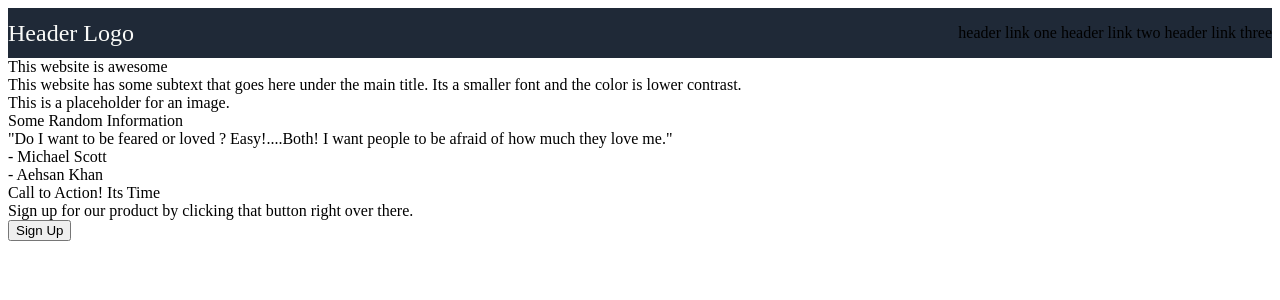
Repository: Aehsan4004/odinlandpage
Page: index.html
An editor plug-in stored every save of this project. The page is shown before and after the next save, followed by the edit.
The browser window is 1280 px wide. The pictures show the whole page.

Above is the page before, as saved 2025-02-10 09:03:24.

### index.html
<!DOCTYPE html>
<html lang="en">
<head>
    <meta charset="UTF-8">
    <meta name="viewport" content="width=device-width, initial-scale=1.0">
    <title>Odin Project Landing Page</title>
    <link rel="stylesheet" href="styles.css">
</head>
<body>
    <div class="one">
        <div class="logo">
            Header Logo
        </div>
        <div class="head-links">
            <ul>
                <a>header link one</a>
                <a>header link two</a>
                <a>header link three</a>
            </ul>
        </div>
    </div>

    <div class="two">
        <div class="left-box">
            <div class="title">
                This website is awesome
            </div>

            <div class="content">
                This website has some subtext that goes here under the main title. Its a smaller font and the color is lower contrast.
            </div>

        </div>
        <div class="right-box">
            This is a placeholder for an image.
        </div>

    </div>

    <div class="three">
        <div class="opt-head">
            Some Random Information
        </div>
        <div class="menu-box">
            <div class="box" id="1"></div>
            <div class="box" id="2"></div>
            <div class="box" id="3"></div>
            <div class="box" id="4"></div>
        </div>

    </div>

    <div class="four">
        <div class="quote">
            "Do I want to be feared or loved ?
             Easy!....Both!
             I want people to be afraid of how much they love me."
        </div>
        <div class="quoter"> - Michael Scott</div>
        <div class="requoter"> - Aehsan Khan</div>
    </div>

    <div class="five">
        <div class="foot-box">
            <div class="call2act">
                <div class="main"> Call to Action! Its Time</div>
                <div class="supp">Sign up for our product by clicking that button right over there.</div>
            </div>
            <button class="signup-btn">Sign Up</button>
        </div>

    </div>
</body>
</html>

### styles.css
body {
    display: flex;
    flex-direction: column;
    /* flex: 1 1 100%; */
    /* min-height: 100%; */
    /* align-items: center; */
    justify-content: center;
}

.one {
    display: flex;
    justify-content: space-between;
    align-items: center;
    background-color: #1f2937;
}

.logo {
    font-size: 24px;
    color: #f9faf8;
}

After the next save:
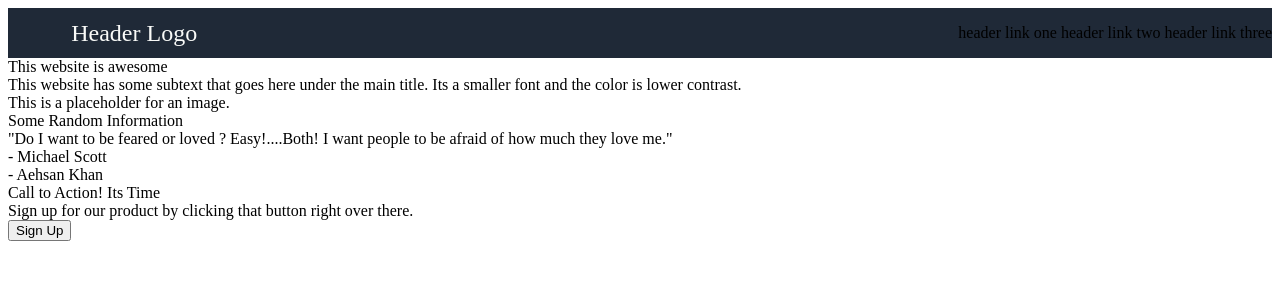
Saved 4 min 3 s later.
--- a/styles.css
+++ b/styles.css
@@ -17,4 +17,5 @@ body {
 .logo {
     font-size: 24px;
     color: #f9faf8;
+    margin-left: 5%;
 }
